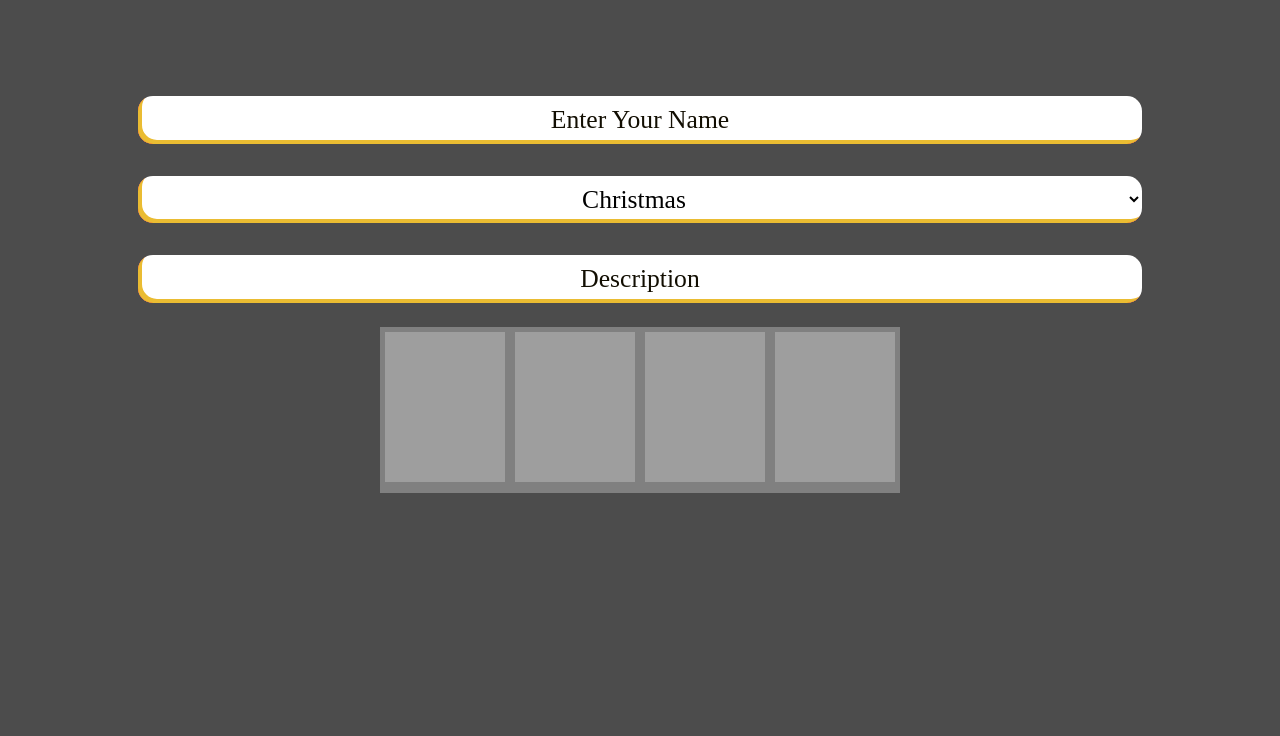
Repository: Haneef-Shaik/Greetings
Page: /
These files come from the project's save history. The page is drawn as it stood at one moment and after the next save; the edit follows.
The browser window is 1280 px wide. The pictures show the whole page.
Pictures or frames that could not be fetched are drawn as grey boxes. The project was rebuilt for these pictures with package versions that can differ from the ones it lists, and the page was loaded fresh each time. The framework's server and built-in components were replaced by stand-ins that run in the browser. Also part of the build but not shown: next.config.js, styles/card.module.scss, components/card.js, styles/socialShare.module.scss, components/socialShare.js.

Above is the page before, as saved 2021-12-01 21:02:31.

After the next save:
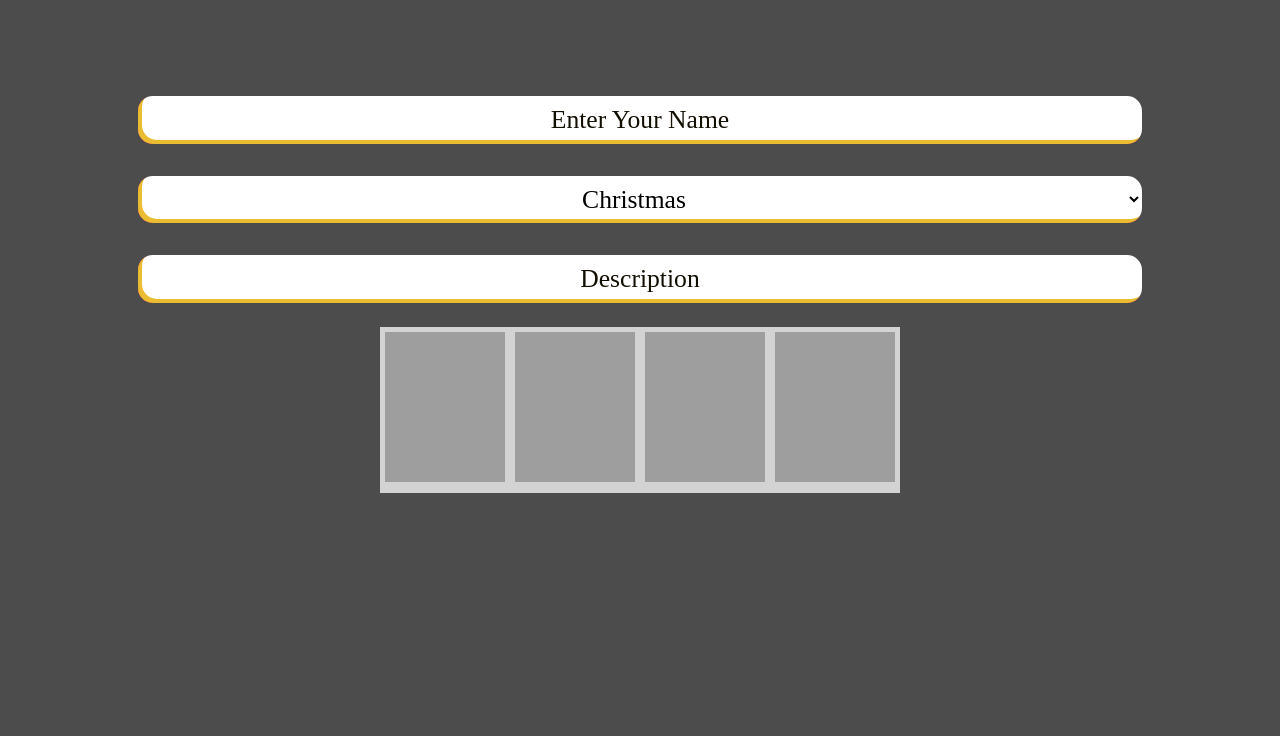
Saved 15 s later.
--- a/components/form.js
+++ b/components/form.js
@@ -27,7 +27,7 @@ function Edit() {
 
                                 <input type="text" placeholder="Description" className="col-12" optional />
 
-                                <div className="d-flex justify-content-around align-items-center flex-wrap mt-4" style={{backgroundColor:'grey'}}>
+                                <div className="d-flex justify-content-around align-items-center flex-wrap mt-4" style={{backgroundColor:'lightgrey',}}>
                                     {/* <label htmlFor="img1">
                                         <IMAGE src='/images/christmas/christmas.png' width={200} height={100} />
                                     </label>
